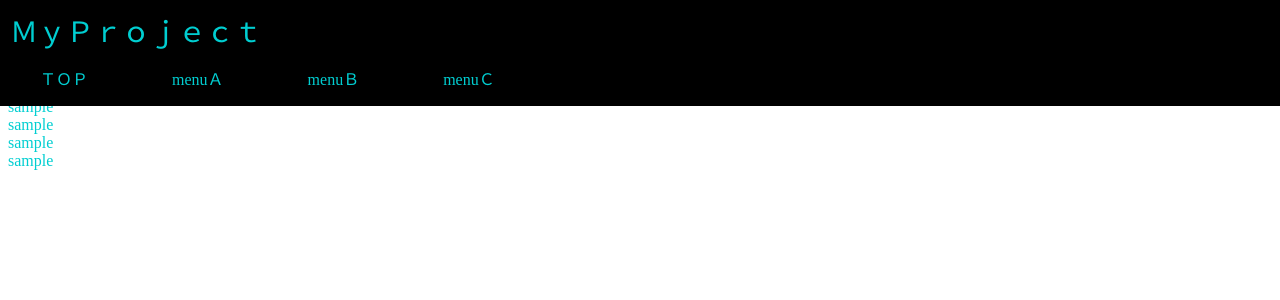
Repository: user10112018/test
Page: http://localhost/MyProject/jquery.jsp
An editor plug-in stored every save of this project. The page is shown before and after the next save, followed by the edit.
The browser window is 1280 px wide. The pictures show the whole page.
The page is served by Tomcat 9. Other server files are loaded and not shown.

Above is the page before, as saved 2018-11-20 06:26:51.

### MyProject/WebContent/jquery.jsp
<%@ page language="java" contentType="text/html; charset=UTF-8"
    pageEncoding="UTF-8"%>
<%@ taglib prefix="s" uri="/struts-tags" %>
<!DOCTYPE html>
<html>
<head>
<meta charset="UTF-8">
<link rel="stylesheet" href="./css/style01.css">
<script src="https://ajax.googleapis.com/ajax/libs/jquery/3.3.1/jquery.min.js"></script>

<title>jQuery</title>




</head>


<body>

<!-- スクリプトファイル指定 -->
<script type="text/javascript" src="../javascript/script.js"></script>

<!-- ============== ココカラ =============== -->

<!-- ==== header ===== -->
<header>

<div id="logo">ＭｙＰｒｏｊｅｃｔ</div>



<div id="menu">

<ul>
   <li>ＴＯＰ</li>
   <li>menuＡ</li>
   <li>menuＢ</li>
   <li>menuＣ</li>
</ul>

</div>

</header>

<!-- ==== main ===== -->

<main>

<h1>
sample
<br>
</h1>

<div class="samp1">
sample
<br>

<div class="samp2">
sample
<br>
</div>
</div>

sample
<br>

sample
<br>

sample
<br>

</main>



</body>
</html>

### MyProject/WebContent/css/style01.css
@CHARSET "UTF-8";

body {
/* 	color: red; */
/*     color: #008b8b; */
/*     width: 1080px; */
    color: #00ced1;
	font-family: 'メイリオ';
}


header{
/* 	position: absolute; だとスクロールで見えなくなる */
/* 	position: absolute; */
/* 	position: fixed; だとスクロールしても動かない */
	position: fixed;
	left: 0px;
	top: 0px;
	background-color: black;
	width: 100%;
/* 	white-space: nowrap; */
}


#logo{
	font-size: 28px;
/* 	color: red; */
/* 	font-family:  */
    padding-top: 10px;
    padding-left: 10px;
    white-space: nowrap;


}

#menu{
/* 	width: 100%; */
	heiht: 70px;
	background-color: black;
/* 	white-space: nowrap; */
/*     overflow-x: scroll;  これを入れるとナビゲーション用の横スクロールバーが出現する*/
}

#menu ul{
/* 	padding-right: 20px; */
/* white-space: nowrap; */
white-space: nowrap;

}

#menu ul li{
/* 	float: left; */
    display: inline-block;
	list-style: none;
/* 	color: red; */
	font-size: 16px;
	padding-right: 80px;
/* 	text-align: left; */
    height: 24px;
/*     white-space: nowrap; */
}

main{
	clear: both;
	white-space: nowrap;
/* 	これをここに入れるとテーブルの項目が改行されなくなる */
}

#main-container{
	width: 90%;
	margin-top: 120px;
	margin-left: 30px;
/* 	left: 30px; */
}

footer{
	clear: both;
/* 	position: absolute; */
	bottom: 0px;
	left: 0px;
	background-color: black;
	width: 100%;
/* 	height: 24px; */
/* 	margin-top: 10px; */
/* 	margin-bottom: 0px; */
/* 	margin-left: 0px; */

/* 	margin: 0 auto; */
	text-align: center;

}

### MyProject/WebContent/javascript/script.js
/**
 *
 */
jQuery (function(){

// ここにjQueryを書いていく



});

After the next save:
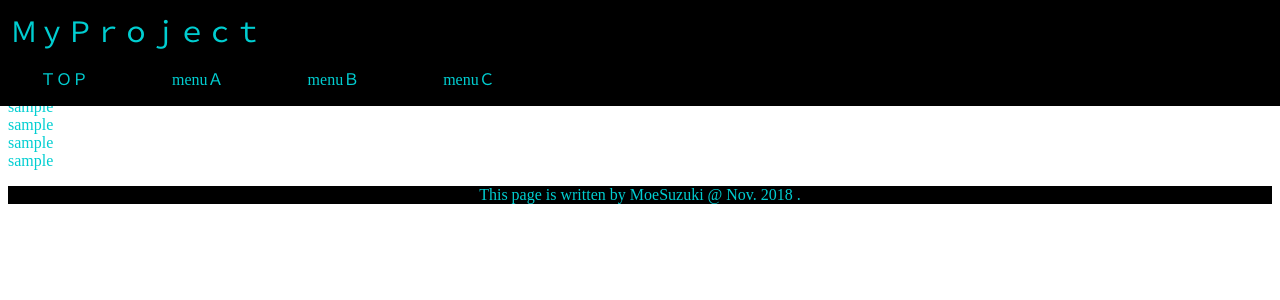
Saved 51 s later.
--- a/MyProject/WebContent/jquery.jsp
+++ b/MyProject/WebContent/jquery.jsp
@@ -71,9 +71,15 @@ sample
 sample
 <br>
 
+
+
+<!-- ======================= ココマデ ===================================== -->
 </main>
 
-
+<!-- ==== footer ===== -->
+<footer>
+<p>This page is written by MoeSuzuki   @ Nov. 2018 .</p>
+</footer>
 
 </body>
 </html>
